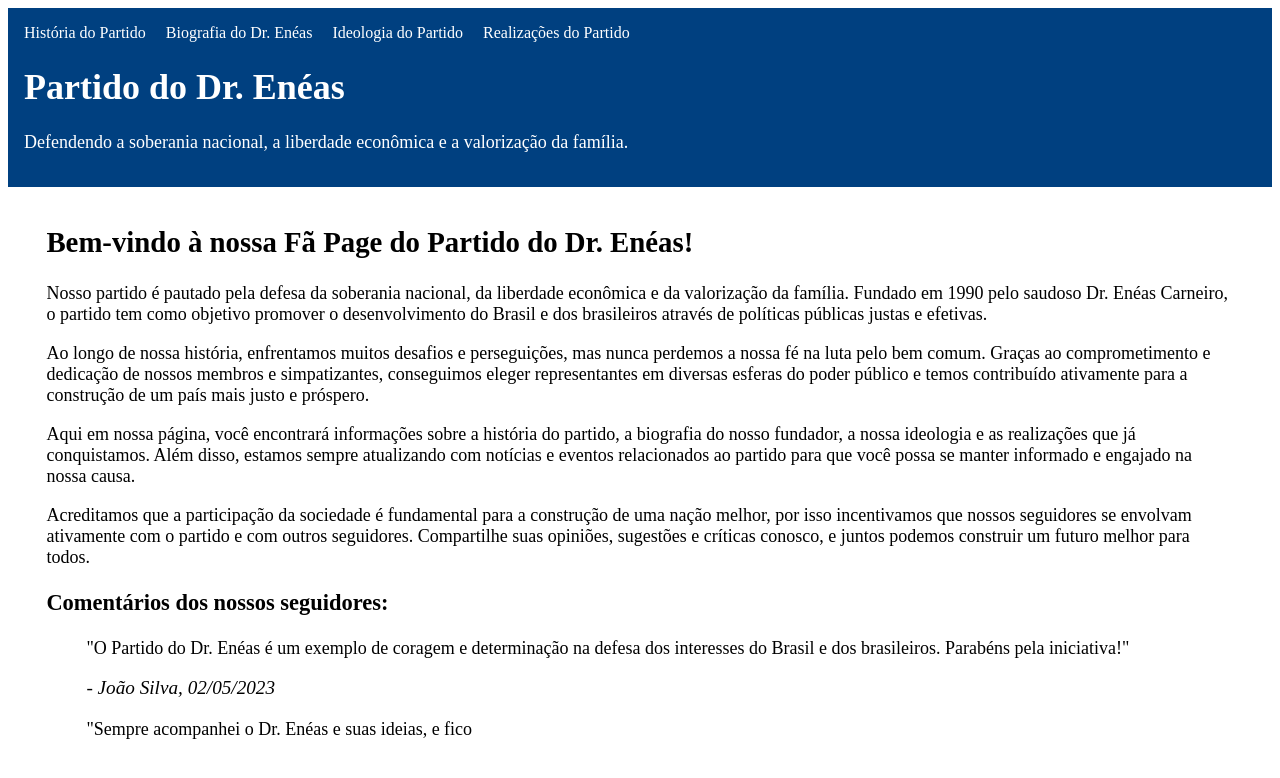
Repository: Matheus904-12/PD2
Page: Escola/valo.html/página.html
The author's editor kept a copy of each file at every save. The page is drawn from the files as they stood at one save, then again after a run of saves.
The browser window is 1280 px wide. The pictures show the whole page.

Above is the page before, as saved 2023-05-04 23:52:41.

After the next 2 saves:
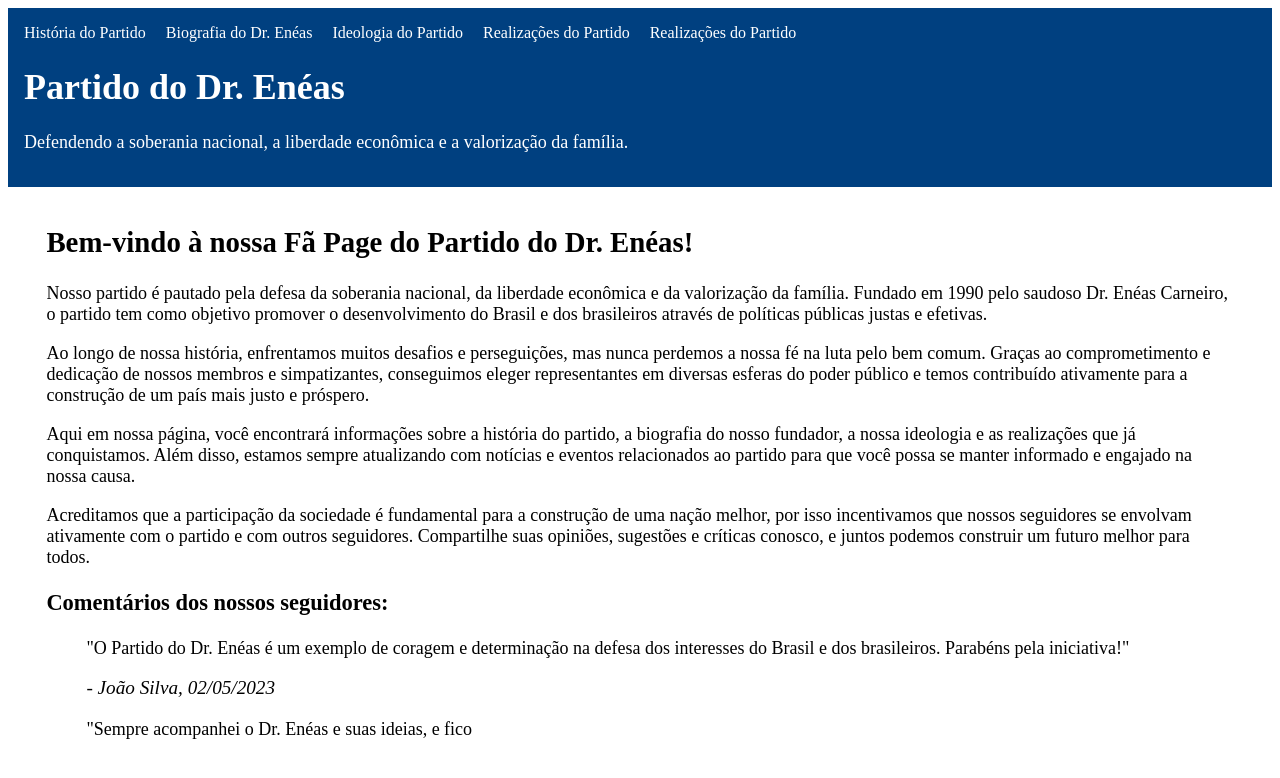
The 2 saves are shown as one change because they came seconds apart.
The last was saved 12 s later.
--- a/Escola/valo.html/página.html
+++ b/Escola/valo.html/página.html
@@ -14,6 +14,7 @@
         <li><a href="#historia.html">História do Partido</a></li>
         <li><a href="#biografia.html">Biografia do Dr. Enéas</a></li>
         <li><a href="#ideologia.html">Ideologia do Partido</a></li>
+        <li><a href="#realizacoes.html">Realizações do Partido</a></li>
         <li><a href="#realizacoes.html">Realizações do Partido</a></li>
       </ul>
     </nav>

After the 3 saves that followed:
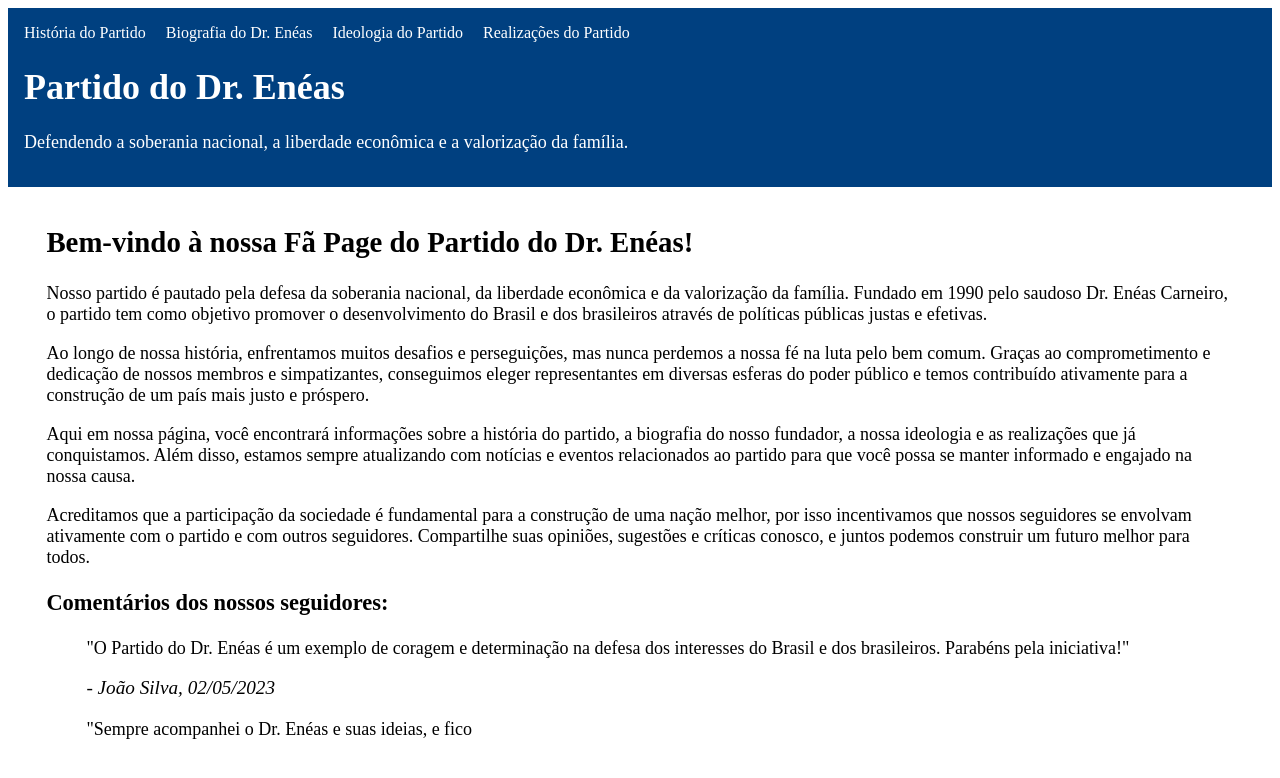
The 3 saves are shown as one change because they came seconds apart.
The last was saved 19 s later.
--- a/Escola/valo.html/página.html
+++ b/Escola/valo.html/página.html
@@ -15,7 +15,7 @@
         <li><a href="#biografia.html">Biografia do Dr. Enéas</a></li>
         <li><a href="#ideologia.html">Ideologia do Partido</a></li>
         <li><a href="#realizacoes.html">Realizações do Partido</a></li>
-        <li><a href="#realizacoes.html">Realizações do Partido</a></li>
+        <li><a href="#realizacoes.html"></a></li>
       </ul>
     </nav>
     <div class="header-content">
